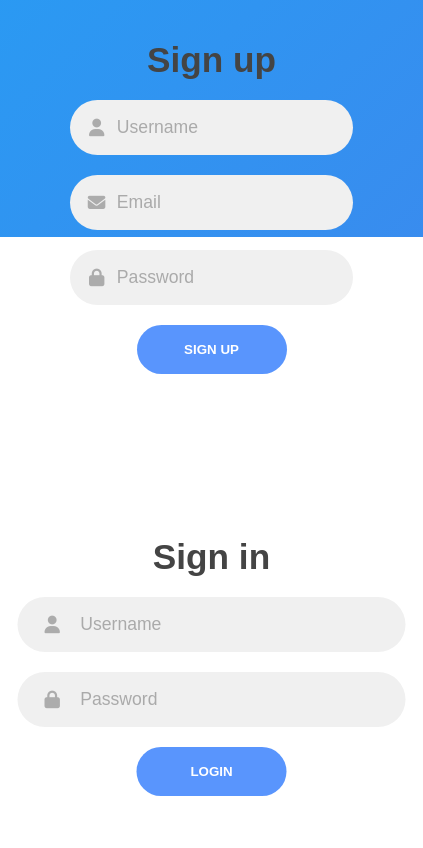
Repository: sarfaraz1611/NitteMovie.github.io
Page: login.html
The author's editor kept a copy of each file at every save. The page is drawn from the files as they stood at one save, then again after the next save.
The browser window is 375 px wide. The page is 423 px wide, then 375 px, so the pictures cover 423 px, including what lies to the right of the window. The pictures show the whole page.
Some web libraries are served in a nearby version.

Above is the page before, as saved 2022-07-15 23:43:56.

After the next save:
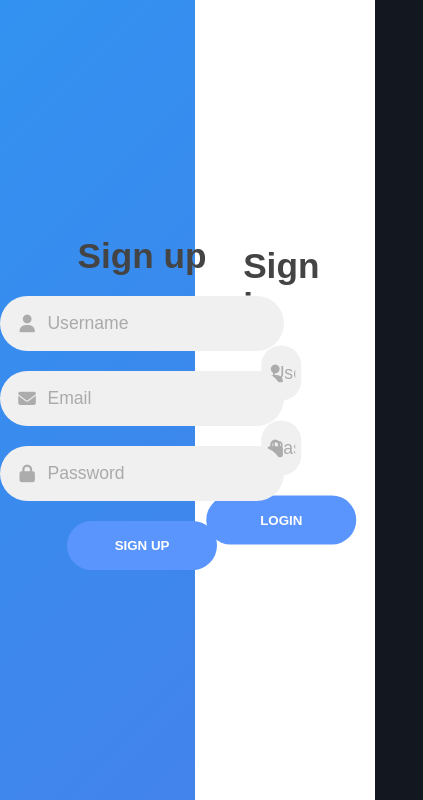
Saved 10 s later.
--- a/assets/css/main.css
+++ b/assets/css/main.css
@@ -425,137 +425,3 @@ form {
   pointer-events: all;
   padding: 3rem 17% 2rem 12%;
 }
-
-
-
-
-
-
-@media (max-width: 870px) {
-  .container {
-    min-height: 800px;
-    height: 100vh;
-  }
-  .signin-signup {
-    width: 100%;
-    top: 95%;
-    transform: translate(-50%, -100%);
-    transition: 1s 0.8s ease-in-out;
-  }
-
-  .signin-signup,
-  .container.sign-up-mode .signin-signup {
-    left: 50%;
-  }
-
-  .panels-container {
-    grid-template-columns: 1fr;
-    grid-template-rows: 1fr 2fr 1fr;
-  }
-
-  .panel {
-    flex-direction: row;
-    justify-content: space-around;
-    align-items: center;
-    padding: 2.5rem 8%;
-    grid-column: 1 / 2;
-  }
-
-  .right-panel {
-    grid-row: 3 / 4;
-  }
-
-  .left-panel {
-    grid-row: 1 / 2;
-  }
-
-  .image {
-    width: 200px;
-    transition: transform 0.9s ease-in-out;
-    transition-delay: 0.6s;
-  }
-
-  .panel .content {
-    padding-right: 15%;
-    transition: transform 0.9s ease-in-out;
-    transition-delay: 0.8s;
-  }
-
-  .panel h3 {
-    font-size: 1.2rem;
-  }
-
-  .panel p {
-    font-size: 0.7rem;
-    padding: 0.5rem 0;
-  }
-
-  .btn.transparent {
-    width: 110px;
-    height: 35px;
-    font-size: 0.7rem;
-  }
-
-  .container:before {
-    width: 1500px;
-    height: 1500px;
-    transform: translateX(-50%);
-    left: 30%;
-    bottom: 68%;
-    right: initial;
-    top: initial;
-    transition: 2s ease-in-out;
-  }
-
-  .container.sign-up-mode:before {
-    transform: translate(-50%, 100%);
-    bottom: 32%;
-    right: initial;
-  }
-
-  .container.sign-up-mode .left-panel .image,
-  .container.sign-up-mode .left-panel .content {
-    transform: translateY(-300px);
-  }
-
-  .container.sign-up-mode .right-panel .image,
-  .container.sign-up-mode .right-panel .content {
-    transform: translateY(0px);
-  }
-
-  .right-panel .image,
-  .right-panel .content {
-    transform: translateY(300px);
-  }
-
-  .container.sign-up-mode .signin-signup {
-    top: 5%;
-    transform: translate(-50%, 0);
-  }
-}
-
-@media (max-width: 570px) {
-  form {
-    padding: 0 1.5rem;
-  }
-
-  .image {
-    display: none;
-  }
-  .panel .content {
-    padding: 0.5rem 1rem;
-  }
-  .container {
-    padding: 1.5rem;
-  }
-
-  .container:before {
-    bottom: 72%;
-    left: 50%;
-  }
-
-  .container.sign-up-mode:before {
-    bottom: 28%;
-    left: 50%;
-  }
-}
